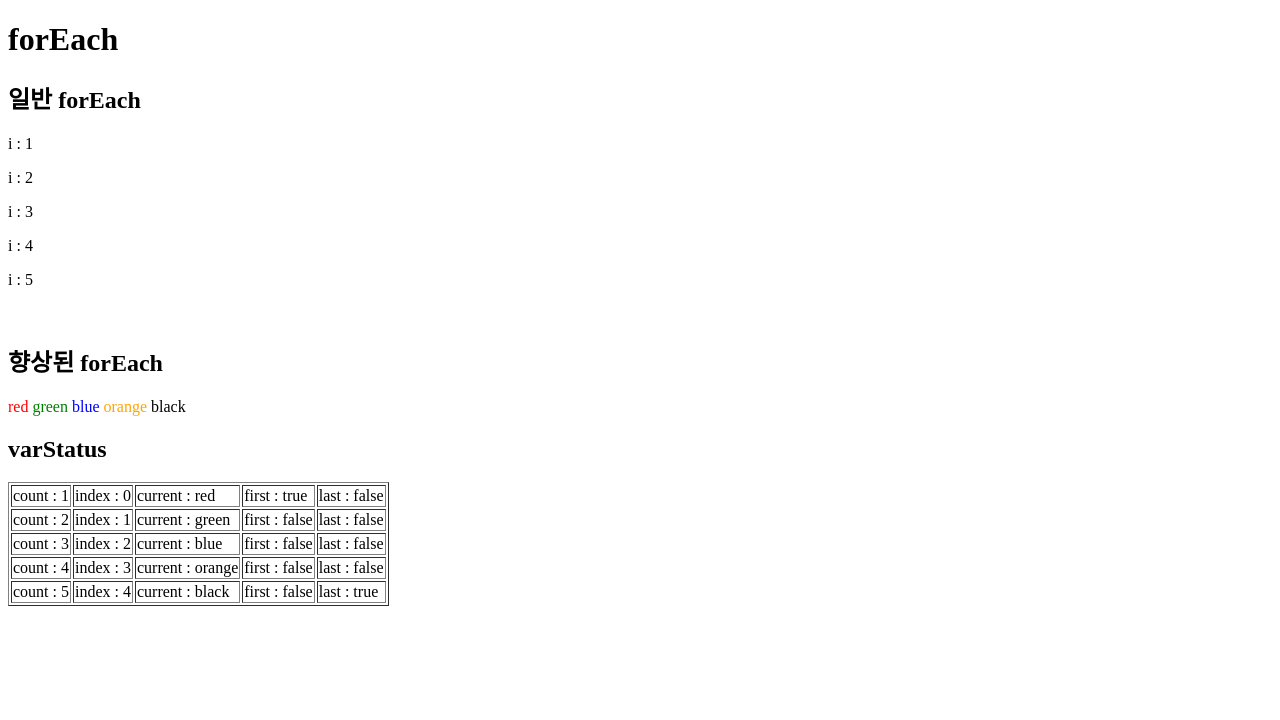
Repository: Jh1227/JSP
Page: http://localhost/13_JSTL/ex06_forEach.jsp
The author's editor kept a copy of each file at every save. The page is drawn from the files as they stood at one save, then again after the next save.
The browser window is 1280 px wide. The pictures show the whole page.
The page is served by Tomcat 9. Other server files are loaded and not shown.

Above is the page before, as saved 2023-04-11 02:52:03.

### 13_JSTL/src/main/webapp/ex06_forEach.jsp

<!-- ex06_forEach.jsp -->

<%@ page language="java" contentType="text/html; charset=UTF-8"
    pageEncoding="UTF-8"%>
<%@ taglib prefix ="c" uri ="http://java.sun.com/jsp/jstl/core" %>
<!DOCTYPE html>
<html>
<head>
<meta charset="UTF-8">
<title>ex06_forEach.jsp</title>
</head>
<body>
	<h1>forEach</h1>
	<%--
		# <c:forEach> : for 문을 대체하는 태그입니다
		- <c:forEach var ="변수명" begin ="시작값" end ="마지막값" step ="증가값"/>
		  <c:forEach var ="변수명" items ="컬렉션 or 배열"/>
	--%>
	<h2>일반 forEach</h2>
	<c:forEach var ="i" begin ="1" end ="5" step ="1">
		<p>i : ${i }</p>
	</c:forEach>
	<br>

	<h2>향상된 forEach</h2>
	<%
		String[] colors = { "red", "green", "blue", "orange", "black" };
	%>
	<c:forEach var ="stn" items ="<%=colors %>">
		<span style= "color:${stn}">${stn }</span>
	</c:forEach>
	<br>

	<h2>varStatus</h2>
	<table border ="1">
		<c:forEach var ="stn" items ="<%=colors %>" varStatus ="check">
			<tr>
				<td> count : ${check.count } </td>
				<td> index : ${check.index } </td>
				<td> current : ${check.current } </td>
				<td> first : ${check.first } </td>
				<td> last : ${check.last } </td>
			</tr>
		</c:forEach>
	</table>
</body>
</html>

After the next save:
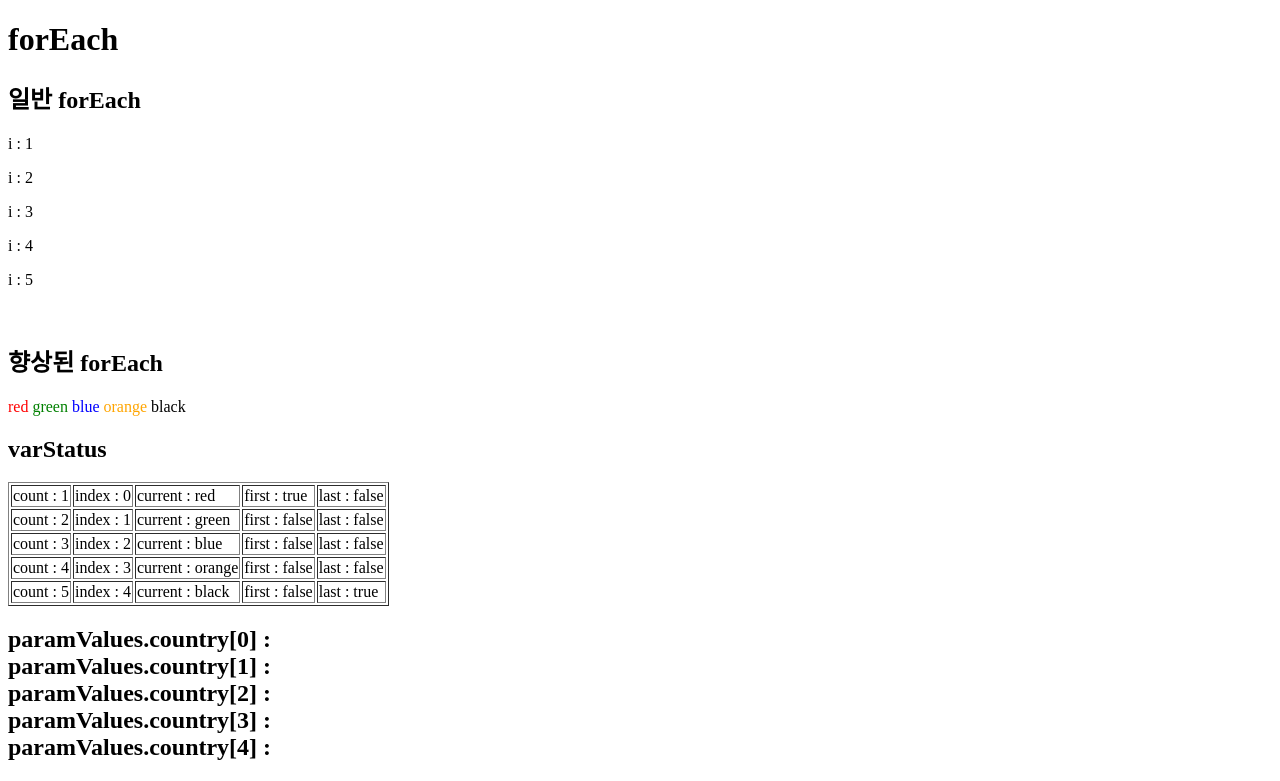
Saved 6 min 44 s later.
--- a/13_JSTL/src/main/webapp/ex06_forEach.jsp
+++ b/13_JSTL/src/main/webapp/ex06_forEach.jsp
@@ -44,5 +44,13 @@
 			</tr>
 		</c:forEach>
 	</table>
+
+	<h2>
+		paramValues.country[0] : ${ paramValues.country[0] } <br>
+		paramValues.country[1] : ${ paramValues.country[1] } <br>
+		paramValues.country[2] : ${ paramValues.country[2] } <br>
+		paramValues.country[3] : ${ paramValues.country[3] } <br>
+		paramValues.country[4] : ${ paramValues.country[4] } <br>
+	</h2>
 </body>
 </html>
